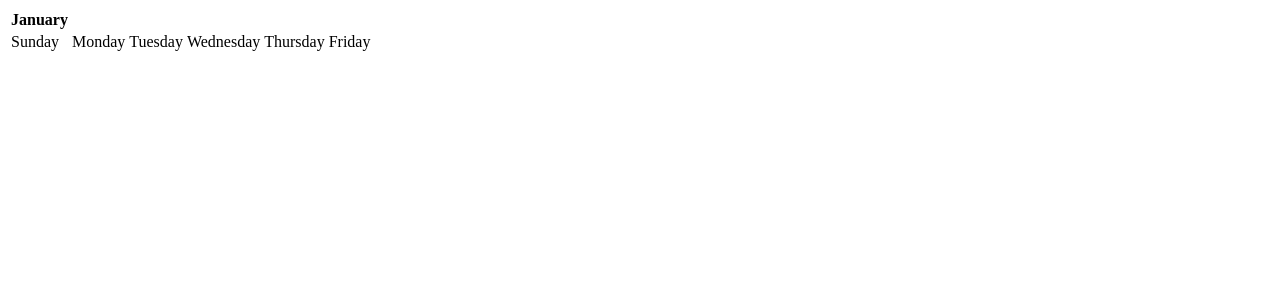
Repository: shleewhite/missionBitCalendar
Page: views/jan.html
The author's editor kept a record of every edit. The page is drawn from the files as they stood at one moment, then again after the next edit.
The browser window is 1280 px wide. The pictures show the whole page.

Above is the page before.

After the next edit:
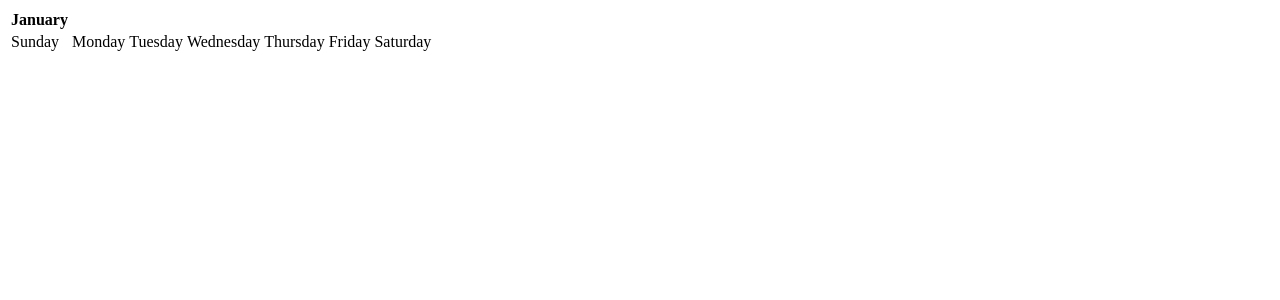
The edit:
--- a/views/jan.html
+++ b/views/jan.html
@@ -13,6 +13,10 @@
                 <td>Wednesday</td>
                 <td>Thursday</td>
                 <td>Friday</td>
+                <td>Saturday</td>
+            </tr>
+            <tr>
+                <td></td>
             </tr>
         </table>
     </body>
